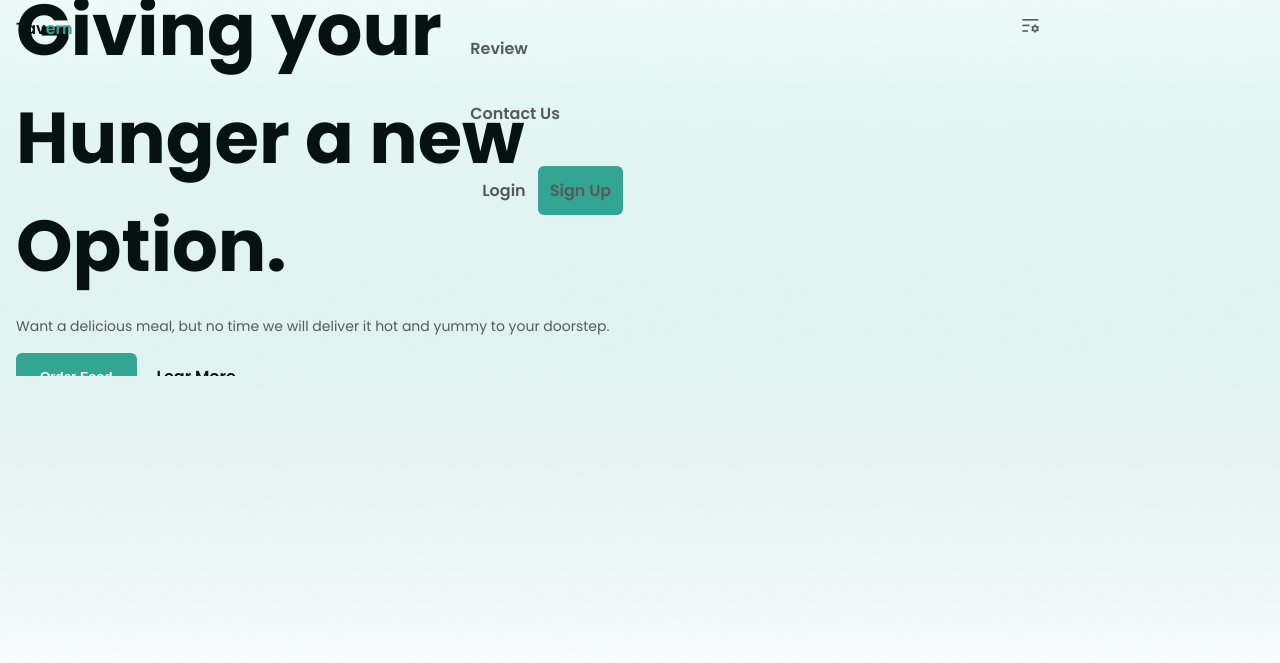
Repository: haokiet2501/tavern-restaurant-landing-page
Page: index.html
The author's editor kept a copy of each file at every save. The page is drawn from the files as they stood at one save, then again after the next save.
The browser window is 1280 px wide. The pictures show the whole page.
The style sheet was rebuilt from its Sass, Less or Tailwind sources for each picture, by a compiler version that may differ from the author's.

Above is the page before, as saved 2022-07-01 16:28:47.

### index.html
<!DOCTYPE html>
<html lang="en">
<head>
    <meta charset="UTF-8">
    <meta http-equiv="X-UA-Compatible" content="IE=edge">
    <meta name="viewport" content="width=device-width, initial-scale=1.0">
    <link href="https://cdn.jsdelivr.net/npm/remixicon@2.5.0/fonts/remixicon.css" rel="stylesheet">
    <link
        rel="stylesheet"
        href="https://unpkg.com/swiper@8/swiper-bundle.min.css"
    />
    <link rel="stylesheet" href="sass/css/styles.css">
    <title>Restaurant Landing Page - Tavern</title>
</head>
<body>
    <header class="header" id="header">
        <nav class="nav container">
            <a href="#home" class="nav__logo">Tav<span>ern</span></a>

            <div class="nav__menu" id="nav-menu">
                <ul class="nav__list">
                    <li class="nav__item">
                        <a href="#home" class="nav__link active-link">Home</a>
                    </li>
                    <li class="nav__item">
                        <a href="#home" class="nav__link">About Us</a>
                    </li>
                    <li class="nav__item">
                        <a href="#menu" class="nav__link">Menu</a>
                    </li>
                    <li class="nav__item">
                        <a href="#review" class="nav__link">Review</a>
                    </li>
                    <li class="nav__item">
                        <a href="#contact" class="nav__link">Contact Us</a>
                    </li>

                    <div class="nav__mobile">
                        <a href="#login" class="nav__login">Login</a>
                        <a href="#signup" class="nav__signup">Sign Up</a>
                    </div>
                </ul>

                <i class="ri-close-line nav__close" id="nav-close"></i>
            </div>

            <div class="nav__toggle" id="nav-toggle">
                <i class="ri-list-settings-line"></i>
            </div>
        </nav>
    </header>

    <main class="main">
        <section class="home" id="home">
            <img src="imgs/Base.png" class="home__img" alt="">
            <div class="home__container container grid">
                <div class="home__layouts">
                    <div class="home__data">
                        <div class="home__heading">
                            <h2>Giving your <br> Hunger a new <br> Option.</h2>
                        </div>
                        <div class="home__subtext">
                            Want a delicious meal, but no time we will deliver it hot and yummy to your doorstep.
                        </div>
                        <div class="home__button">
                            <div class="home__order">
                                <button class="home__order-btn">Order Food</button>
                            </div>

                            <div class="home__learnmore">
                                <a href="#" class="home__event">Lear More</a>
                            </div>
                        </div>
                    </div>
                </div>
            </div>
        </section>
    </main>

    <script src="js/scrollreveal.min.js"></script>
    <script src="https://unpkg.com/swiper@8/swiper-bundle.min.js"></script>
    <script src="js/app.js"></script>
</body>
</html>

### js/app.js
const navToggle = document.getElementById('nav-toggle'),
    navMenu = document.getElementById('nav-menu'),
    navClose = document.getElementById('nav-close');
if (navToggle) {
    navToggle.addEventListener('click', () => {
        navMenu.classList.add('show-menu')
    })
}

if (navClose) {
    navClose.addEventListener('click', () => {
        navMenu.classList.remove('show-menu')
    })
}

const navLink = document.querySelectorAll('.nav__link');

function linkAction() {
    const navMenu = document.getElementById('nav-menu')
    navMenu.classList.remove('show-menu')
}
navLink.forEach((n) => n.addEventListener('click', linkAction));

### sass/styles.scss
@import "./base/base";
@import "./main/main";

### sass/base/_base.scss
@import url('https://fonts.googleapis.com/css2?family=Poppins:wght@400;500;600;700;800;900&display=swap');

* {
    margin: 0;
    padding: 0;
    box-sizing: border-box;
}

:root {
    --header-height: 3.5rem;

    --body-font: 'Poppins', sans-serif;

    --bg-color: #FFFFFF;
    --title-color: #555B5A;
    --heading-color: #061210;
    --green-color: #33A593;

    --biggest-font-size: 2.25rem;
    --h1-font-size: 1.5rem;
    --h2-font-size: 1.25rem;
    --h3-font-size: 1rem;
    --normal-font-size: .938rem;
    --small-font-size: .813rem;
    --smaller-font-size: .75rem;

    --mb-1: 1rem;
    --mb-1-5: 1.5rem;
    --mb-2: 2rem;
    --mb-2-5: 2.5rem;
    --mb-3: 3rem;

    --scale-hover: scale(.98);

    --font-regular: 400;
    --font-medium: 500;
    --font-semi-bold: 600;
    --font-semi-big: 700;

    --z-tooltip: 10;
    --z-fixed: 100;
}

@media screen and (min-width: 1124px) {
    :root {
        --biggest-font-size: 4.5rem;
        --h1-font-size: 2.25rem;
        --h2-font-size: 1.5rem;
        --h3-font-size: 1.25rem;
        --normal-font-size: 1rem;
        --small-font-size: .875rem;
        --smaller-font-size: .813rem;
    }
}

body {
    font-family: var(--body-font);
    font-size: var(--normal-font-size);
    background-color: var(--bg-color);
    color: var(--title-color);
    transition: .4s;
}

html {
    scroll-behavior: smooth;
}

ul {
    list-style: none;
}

a {
    text-decoration: none;
}

img {
    max-width: 100%;
    height: auto;
}

button {
    border: none;
    cursor: pointer;
}

h1, h2, h3 {
    color: var(--title-color);
    font-weight: var(--font-semi-big);
}

.container {
    max-width: 1024px;
    margin-right: 1rem;
    margin-left: 1rem;
}

.grid {
    display: grid;
    gap: 1.5rem;
}

.section {
    padding: 4.5rem 0 2rem;
}

.section__title {
    font-size: var(--h1-font-size);
    text-align: center;
    margin-bottom: 3rem;
}

.main {
    overflow: hidden;
}

### sass/main/_main.scss
.header {
    width: 100%;
    position: fixed;
    top: 0;
    left: 0;
    z-index: var(--z-fixed);
    background: transparent;
}

.nav {
    height: var(--header-height);
    display: flex;
    justify-content: space-between;
    align-items: center;

    &__logo {
        font-weight: var(--font-semi-bold);
        color: var(--heading-color);
    }

    &__logo > span {
        color: var(--green-color);
    }

    &__toggle {
        font-size: 1.2rem;
        cursor: pointer;
        color: var(--title-color);
    }

    &__menu {
        position: relative;

        @media screen and (max-width: 767px) {
            position: fixed;
            background-color: var(--heading-color);
            top: 0;
            right: -100%;
            width: 70%;
            height: 100%;
            box-shadow: -1px 0 4px rgba(0, 0, 0, .15);
            padding: 3rem;
            transition: .4s;
        }
    }

    &__mobile {
        display: flex;
        justify-content: center;
        align-items: center;
    }

    &__mobile > a {
        padding: .75rem;
        cursor: pointer;
    }

    &__login, &__signup {
        font-weight: var(--font-semi-bold);
        color: var(--title-color);
    }

    &__signup {
        background-color: var(--green-color);
        border-radius: 6px;
    }

    &__list {
        display: flex;
        flex-direction: column;
        row-gap: 2.5rem;
    }

    &__link {
        color: var(--title-color);
        font-weight: var(--font-semi-bold);

        &:hover {
            color: var(--green-color);
        }
    }

    &__close {
        position: absolute;
        top: .75rem;
        right: 1rem;
        font-size: 1.5rem;
        color: var(--bg-color);
        cursor: pointer;
    }
}

.show-menu {
    right: 0;
}

.home {
    &__img {
        position: absolute;
        top: 0;
        left: 0;
        width: 100%;
        height: 100%;
    }

    &__container {
        position: relative;
        height: calc(60vh - var(--header-height));
        row-gap: 3rem;
        align-content: center;
    }

    &__heading > h2 {
        color: var(--heading-color);
        font-size: var(--biggest-font-size);
    }

    &__subtext {
        margin: var(--mb-1) 0;
        font-size: var(--small-font-size);
    }

    &__button {
        position: relative;
        display: flex;
        gap: 20px;
        align-items: center;
        justify-content: flex-start;
    }

    &__order {
        &-btn {
            padding: var(--mb-1) var(--mb-1-5);
            background-color: var(--green-color);
            border-radius: 6px;
            font-weight: var(--font-semi-bold);
            color: var(--bg-color);
            transition: .4s ease-out;

            &:hover {
                transform: var(--scale-hover);
                transition: .4s ease-out;
            }
        }
    }

    &__event {
        color: var(--heading-color);
        font-weight: var(--font-semi-bold);
    }

    &__event::after {
        content: "";
        position: absolute;
        width: 100%;
        bottom: 0;
        left: 0;
        background-color: var(--green-color);
        height: 3px;
    }
}

Loaded but not shown: js/scrollreveal.min.js (library)

After the next save:
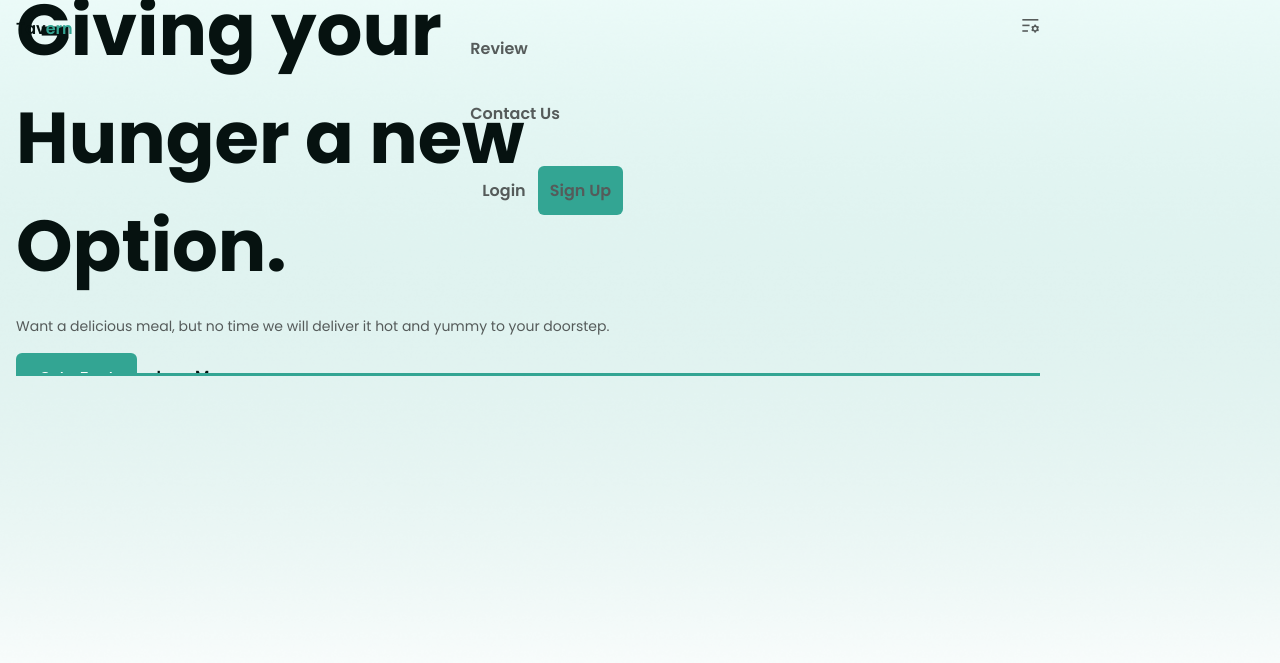
Saved 11 s later.
--- a/sass/main/_main.scss
+++ b/sass/main/_main.scss
@@ -121,7 +121,6 @@
     }
 
     &__button {
-        position: relative;
         display: flex;
         gap: 20px;
         align-items: center;

After the 2 saves that followed:
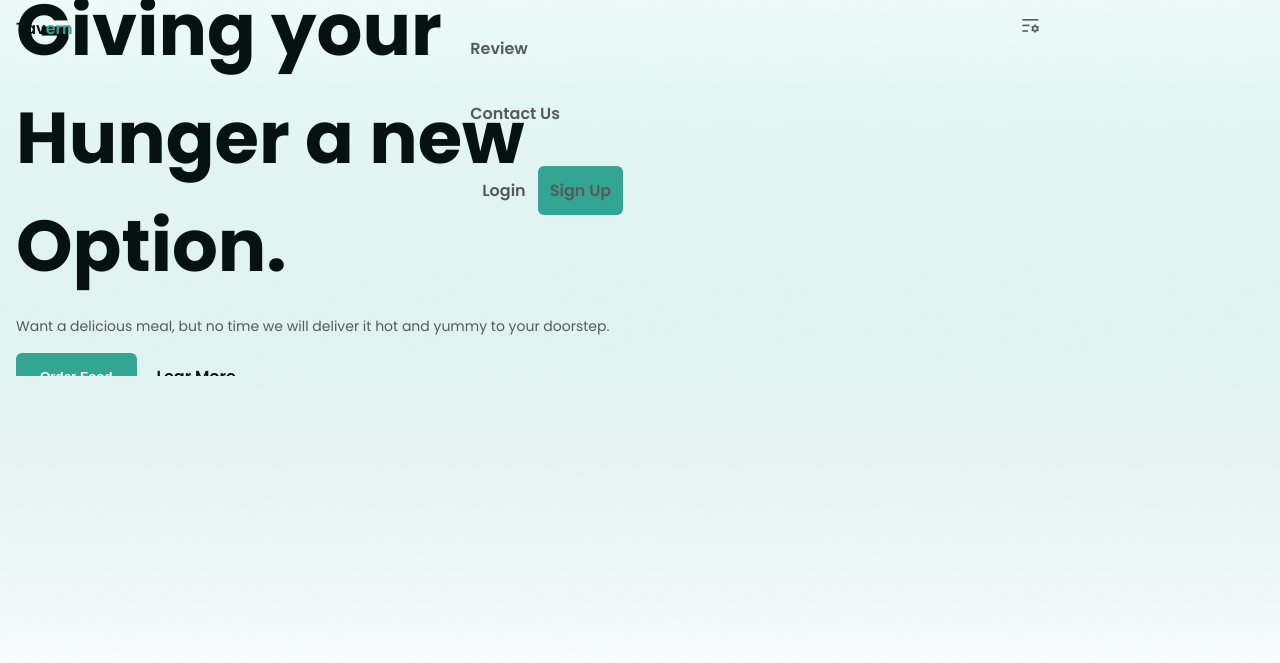
The 2 saves are shown as one change because 1 left the picture as it was.
The last was saved 18 s later.
--- a/sass/main/_main.scss
+++ b/sass/main/_main.scss
@@ -143,6 +143,10 @@
         }
     }
 
+    &__learnmore {
+        position: relative;
+    }
+
     &__event {
         color: var(--heading-color);
         font-weight: var(--font-semi-bold);
